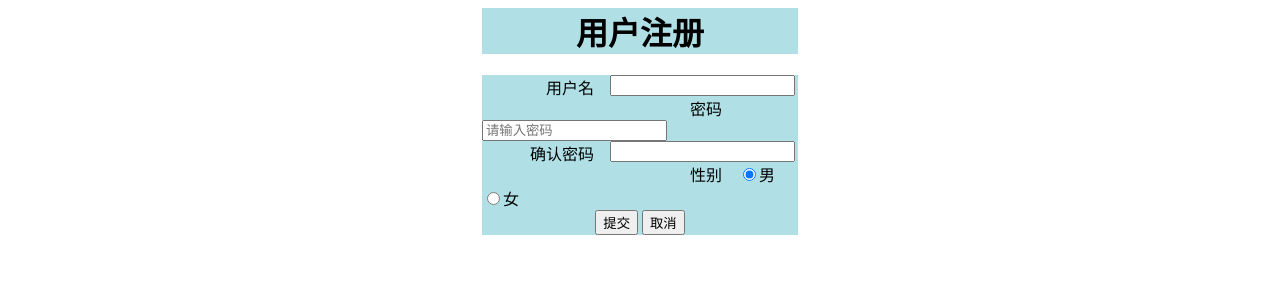
Repository: never-404/Intelligent-recommendation-system
Page: http://localhost/Intelligent-recommendation-system/register.jsp
An editor plug-in stored every save of this project. The page is shown before and after the next save, followed by the edit.
The browser window is 1280 px wide. The pictures show the whole page.
The page is served by Tomcat 9. Nobody is signed in. The application's start-up code is not run. Other server files are loaded and not shown.

Above is the page before, as saved 2019-04-14 14:52:33.

### Intelligent-recommendation-system/WebRoot/register.jsp
<%@ page language="java" contentType= "text/html;charset=gb2312" %>
<html>

	<head>
		<title>注册页面</title>
		<style type="text/css">
		.title
		{
			margin:auto;
			width:25%;
			background-color:#b0e0e6;
		}
		.table
		{
			margin:auto;
			width:25%;
			background-color:#b0e0e6;
		}
        .a{
            text-align:center;
            vertical-align:middle;
        }
		lable { float: left; width: 7em; margin-right:1em; text-align: right; }
		h1	  {text-align: center}
</style>
	</head>
	<body>
	<div class="title">
		<h1>用户注册</h1>
	</div>
	<div class="table">

		<form action = "mainpage.jsp" method = "post">
			<lable>用户名</lable><input name="username" type="text"/><BR>
			<lable>密码</lable><input id="pwd2" name="password1" type="password" placeholder="请输入密码"/><BR>
			<lable>确认密码</lable><input name="password2" type="password"/><BR>
			<lable>性别</lable>
				<input name="sex" type="radio" value="男" checked>男
				<input name="sex" type="radio" value="女" >女<BR>
		<div class="a">
			<input type="submit" value ="提交">
			<input type="reset"  value="取消">
		</div>
		</form>
	</div>

<!-- 		<SCRIPT language = javascript>
  		 	 document.onkeydown = chang_page;
   			 function chang_page()
   			 {
        	 	if (event.keyCode == 39 || event.keyCode == 40) location = 'show_log.jsp'
    		 }
		</SCRIPT>
		 -->


	</body>


</html>

After the next save:
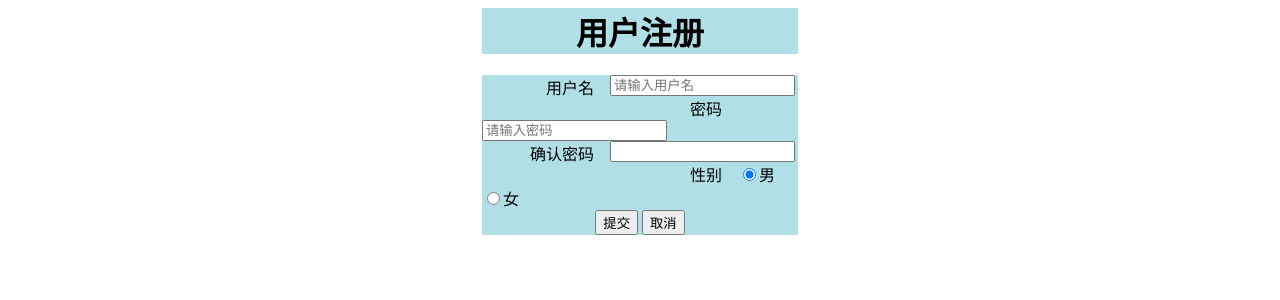
Saved 10 s later.
--- a/Intelligent-recommendation-system/WebRoot/register.jsp
+++ b/Intelligent-recommendation-system/WebRoot/register.jsp
@@ -31,7 +31,7 @@
 	<div class="table">
 
 		<form action = "mainpage.jsp" method = "post">
-			<lable>用户名</lable><input name="username" type="text"/><BR>
+			<lable>用户名</lable><input name="username" type="text" placeholder="请输入用户名" /><BR>
 			<lable>密码</lable><input id="pwd2" name="password1" type="password" placeholder="请输入密码"/><BR>
 			<lable>确认密码</lable><input name="password2" type="password"/><BR>
 			<lable>性别</lable>
